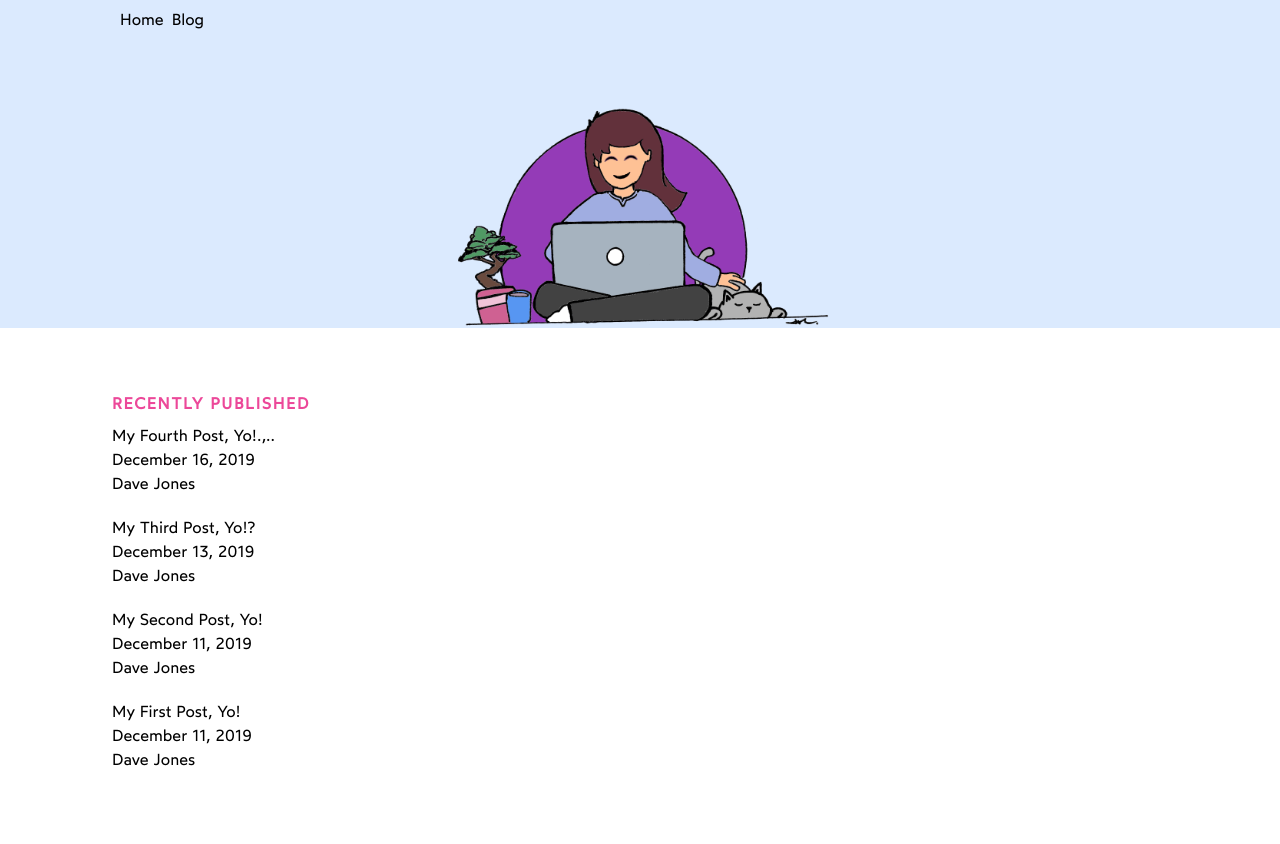
Repository: Risclover/markdown-blog
Page: /
The author's editor kept a copy of each file at every save. The page is drawn from the files as they stood at one save, then again after the next save.
The browser window is 1280 px wide. The pictures show the whole page.
The project was rebuilt for these pictures with package versions that can differ from the ones it lists, and the page was loaded fresh each time.

Above is the page before, as saved 2023-06-28 14:09:04.

### src/index.js
import React from "react";
import ReactDOM from "react-dom/client";
import { BrowserRouter as Router } from "react-router-dom";
import "./fonts/wotfard-cufonfonts-webfont/style.css";

import "./index.css";
import App from "./App";

const root = ReactDOM.createRoot(document.getElementById("root"));
root.render(
  <Router>
    <App />
  </Router>
);

### src/fonts/wotfard-cufonfonts-webfont/style.css
/* #### Generated By: http://www.cufonfonts.com #### */

    @font-face {
    font-family: 'Wotfard Regular';
    font-style: normal;
    font-weight: normal;
    src: local('Wotfard Regular'), url('Wotfard-Regular.woff') format('woff');
    }

### src/index.css
*,
*::before,
*::after {
  box-sizing: border-box;
}
* {
  margin: 0;
}
body {
  line-height: 1.5;
  min-height: 100vh;
  -webkit-font-smoothing: antialiased;
}
img,
picture,
video,
canvas,
svg {
  display: block;
  max-width: 100%;
}
input,
button,
textarea,
select {
  font: inherit;
}
p,
h1,
h2,
h3,
h4,
h5,
h6 {
  overflow-wrap: break-word;
}
#root,
#__next {
  isolation: isolate;
}

### src/App.js
import "./App.css";
import { Route, Routes } from "react-router-dom";
import Home from "./pages/Home";
import NavBar from "./components/NavBar";
import Header from "./components/Header";
import HomeHeader from "./components/HomeHeader";

function App() {
  return (
    <div className="bg-white-100 min-h-screen">
      <Header>
        <NavBar />
        <HomeHeader />
      </Header>
      <div className="m-auto">
        <Routes>
          <Route path="/" element={<Home />} />
        </Routes>
      </div>
    </div>
  );
}

export default App;

### src/pages/Home.js
import React, { useEffect } from "react";
import postList from "../posts.json";
import HomeHeader from "../components/HomeHeader";

export default function Home() {
  console.log(postList);

  postList.sort((a, b) => {
    let aPost = a.timestamp;
    let bPost = b.timestamp;

    return bPost - aPost;
  });

  return (
    <div className="container px-12 py-16 font-sans mx-auto max-w-6xl w-full">
      <h2 className="uppercase text-base font-semibold tracking-widest text-pink-500">
        Recently Published
      </h2>
      <div className="grid grid-cols-1 gap-1 grid-flow-row ">
        {postList.map((post) => (
          <div key={post.id} className="container py-2 bg-white">
            <div className="">{post.title}</div>
            <div>{post.date}</div>
            <div>{post.author}</div>
          </div>
        ))}
      </div>
    </div>
  );
}

### src/components/NavBar.js
import React from "react";

export default function NavBar() {
  return (
    <div className="py-2">
      <ul className="flex">
        <li className="mx-2">Home</li>
        <li>Blog</li>
      </ul>
    </div>
  );
}

### src/components/Header.js
import React from "react";

export default function Header({ children }) {
  return (
    <header className="w-full bg-blue-100 flex flex-col">
      <div className="max-w-6xl px-12 w-full mx-auto">{children}</div>
    </header>
  );
}

### src/components/HomeHeader.js
import React from "react";
import Avatar from "../images/avatar.png";
export default function HomeHeader() {
  return (
    <div className="h-72 flex flex-col justify-end">
      <div>
        <img className="w-96 m-auto" src={Avatar} />
      </div>
    </div>
  );
}

### src/posts.json
[{"id":4,"title":"My Third Post, Yo!?","subtitle":"No subtitle given","description":"No description given","author":"Dave Jones","date":"December 13, 2019","timestamp":1576224000,"content":"\nWelcome to My Blog. _It's a beautiful thing._ I hope you'll have as much fun reading my posts as I have writing them. Well, before we go any further, allow me to introduce myself. I'm Dave Jones. I'm 34, and from Montreal, Canada.\n"},{"id":3,"title":"My Second Post, Yo!","subtitle":"No subtitle given","description":"No description given","author":"Dave Jones","date":"December 11, 2019","timestamp":1576051200,"content":"\nWelcome to My Blog. _It's a beautiful thing._ I hope you'll have as much fun reading my posts as I have writing them. Well, before we go any further, allow me to introduce myself. I'm Dave Jones. I'm 34, and from Montreal, Canada.\n"},{"id":2,"title":"My Fourth Post, Yo!.,..","subtitle":"No subtitle given","description":"No description given","author":"Dave Jones","date":"December 16, 2019","timestamp":1576483200,"content":"\nWelcome to My Blog. _It's a beautiful thing._ I hope you'll have as much fun reading my posts as I have writing them. Well, before we go any further, allow me to introduce myself. I'm Dave Jones. I'm 34, and from Montreal, Canada.\n"},{"id":1,"title":"My First Post, Yo!","subtitle":"This is a subtitle.","description":"Happy Pride month! In this tutorial, I'll share a handful of my favourite animation tricks. You'll learn how to build an animated wavy pride flag using CSS keyframes and linear gradients. We'll also see how to make it dynamic using React. 🏳️‍🌈","author":"Dave Jones","date":"December 11, 2019","timestamp":1576051200,"content":"\nWelcome to My Blog. _It's a beautiful thing._ I hope you'll have as much fun reading my posts as I have writing them. Well, before we go any further, allow me to introduce myself. I'm Dave Jones. I'm 34, and from Montreal, Canada.\n"}]

### tailwind.config.js
/** @type {import('tailwindcss').Config} */
module.exports = {
  content: [
    "./app/**/*.{js,ts,jsx,tsx,mdx}",
    "./pages/**/*.{js,ts,jsx,tsx,mdx}",
    "./components/**/*.{js,ts,jsx,tsx,mdx}",

    // Or if using `src` directory:
    "./src/**/*.{js,ts,jsx,tsx,mdx}",
  ],
  theme: {
    fontFamily: {
      sans: ["Wotfard Regular", "sans-serif"],
    },
    extend: {},
  },
  plugins: [],
};

Loaded but not shown: public/index.html (common file); src/App.css (common file)

After the next save:
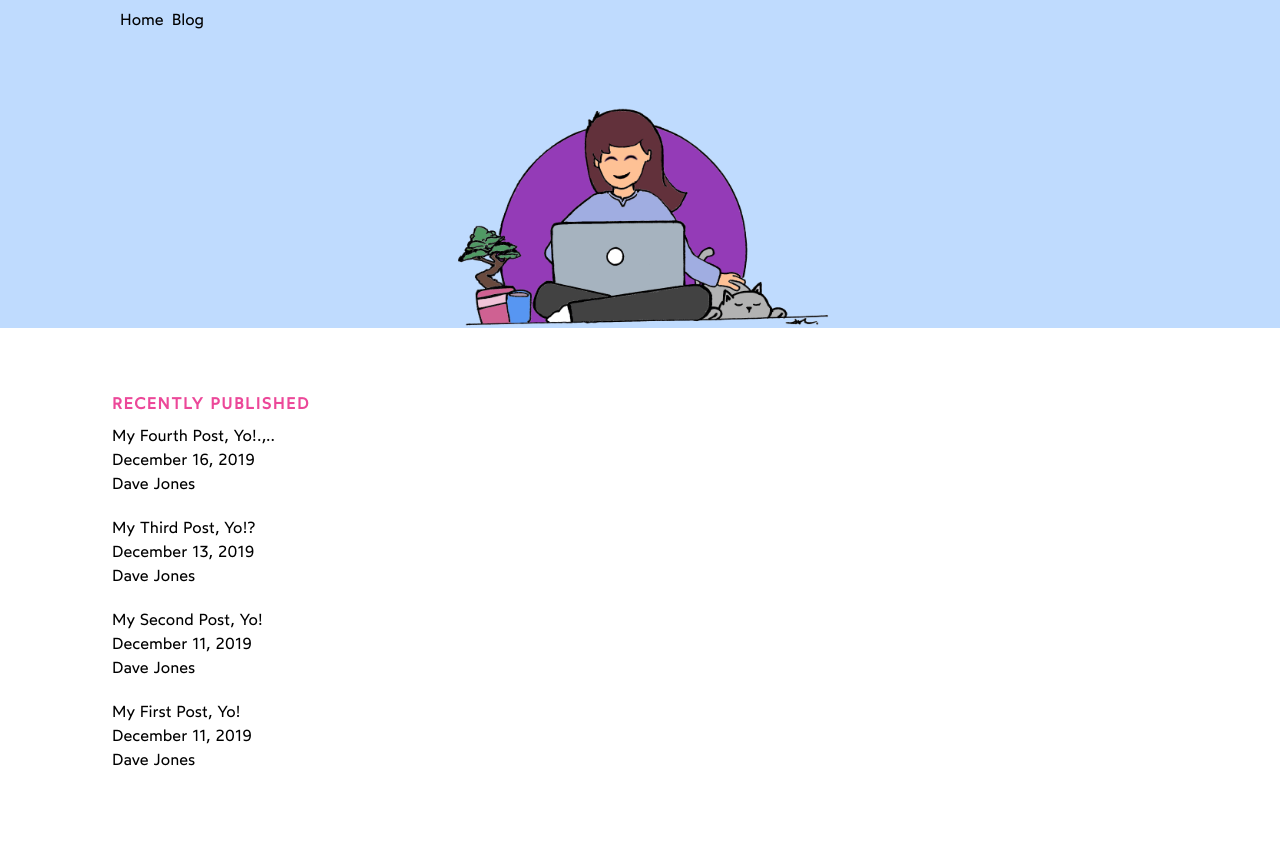
Saved 10 s later.
--- a/src/components/Header.js
+++ b/src/components/Header.js
@@ -2,7 +2,7 @@ import React from "react";
 
 export default function Header({ children }) {
   return (
-    <header className="w-full bg-blue-100 flex flex-col">
+    <header className="w-full bg-blue-200 flex flex-col">
       <div className="max-w-6xl px-12 w-full mx-auto">{children}</div>
     </header>
   );
